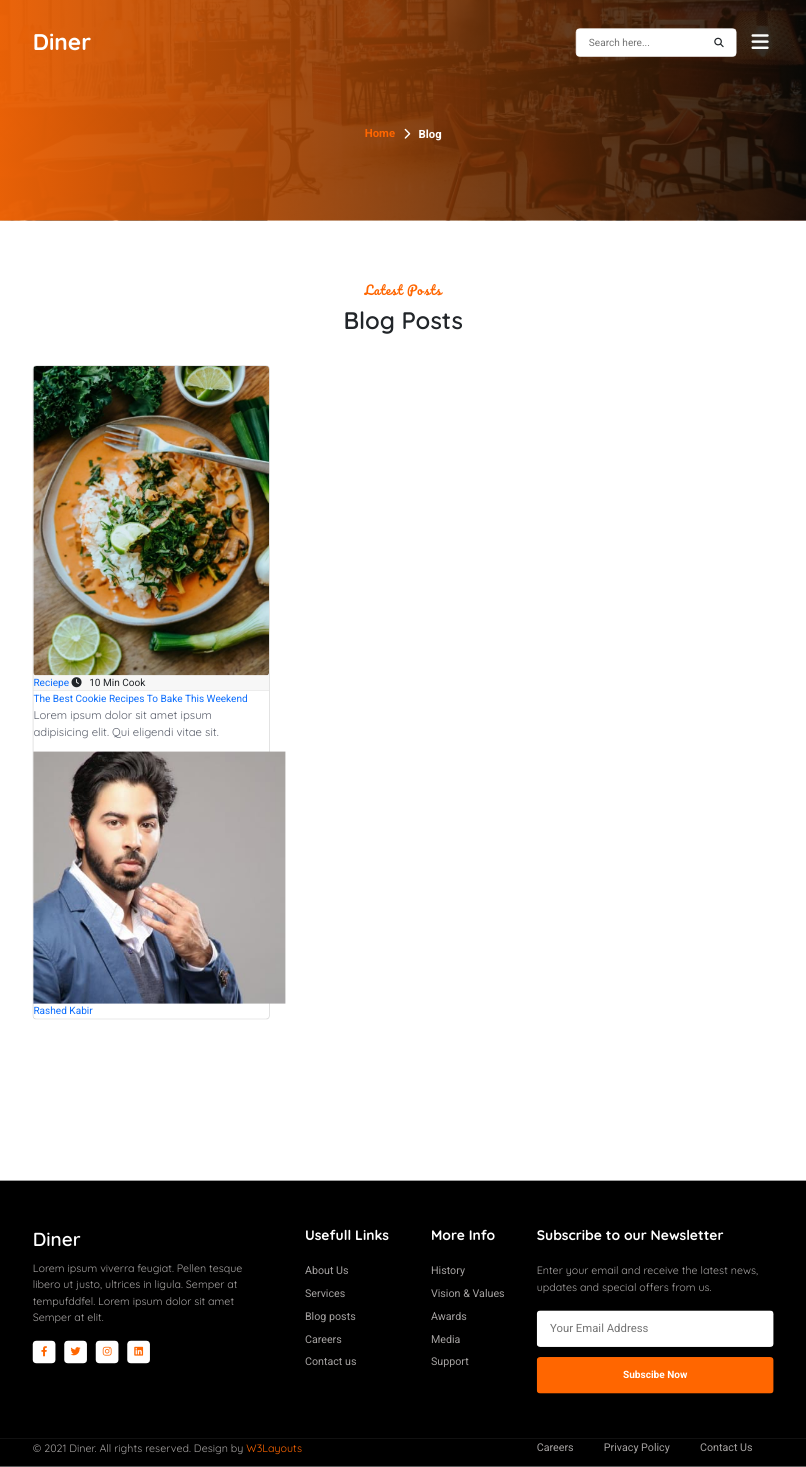
Repository: minhtrivu6199/Diner
Page: blog.html
An editor plug-in stored every save of this project. The page is shown before and after the next save, followed by the edit.
The browser window is 1280 px wide. The pictures show the whole page, at 63% of full size.
Backgrounds fixed to the window are drawn as part of the page. The style sheet was rebuilt from its Sass, Less or Tailwind sources for each picture, by a compiler version that may differ from the author's.

Above is the page before, as saved 2022-10-11 23:44:39.

After the next save:
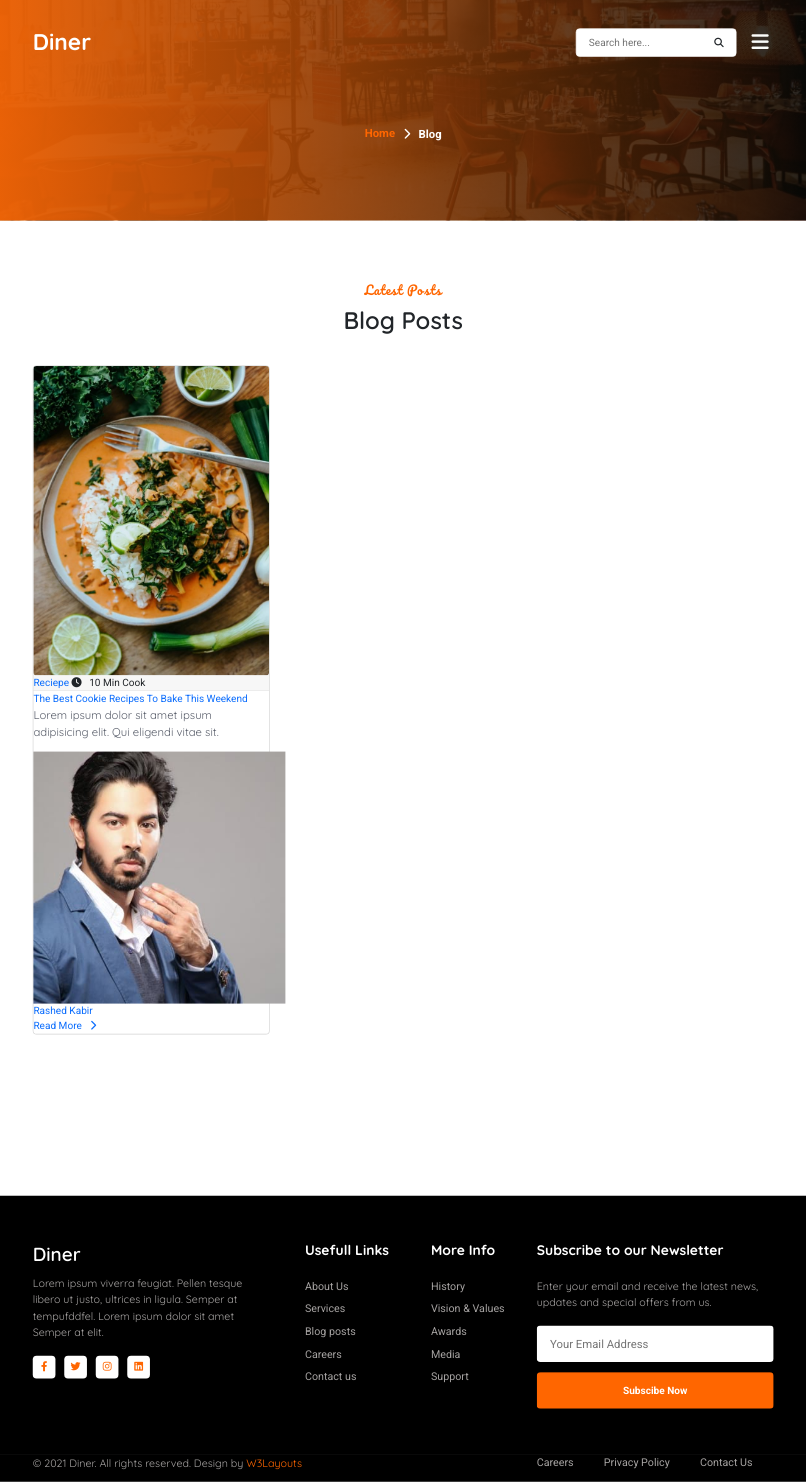
Saved 78 s later.
--- a/blog.html
+++ b/blog.html
@@ -159,6 +159,10 @@
                                             </a>
                                             <a href="">Rashed Kabir</a>
                                         </div>
+                                        <a href="" class="read">
+                                            Read More
+                                            <span class="fa fa-chevron-right ms-2"></span>
+                                        </a>
                                     </div>
                                 </div>
                             </div>
